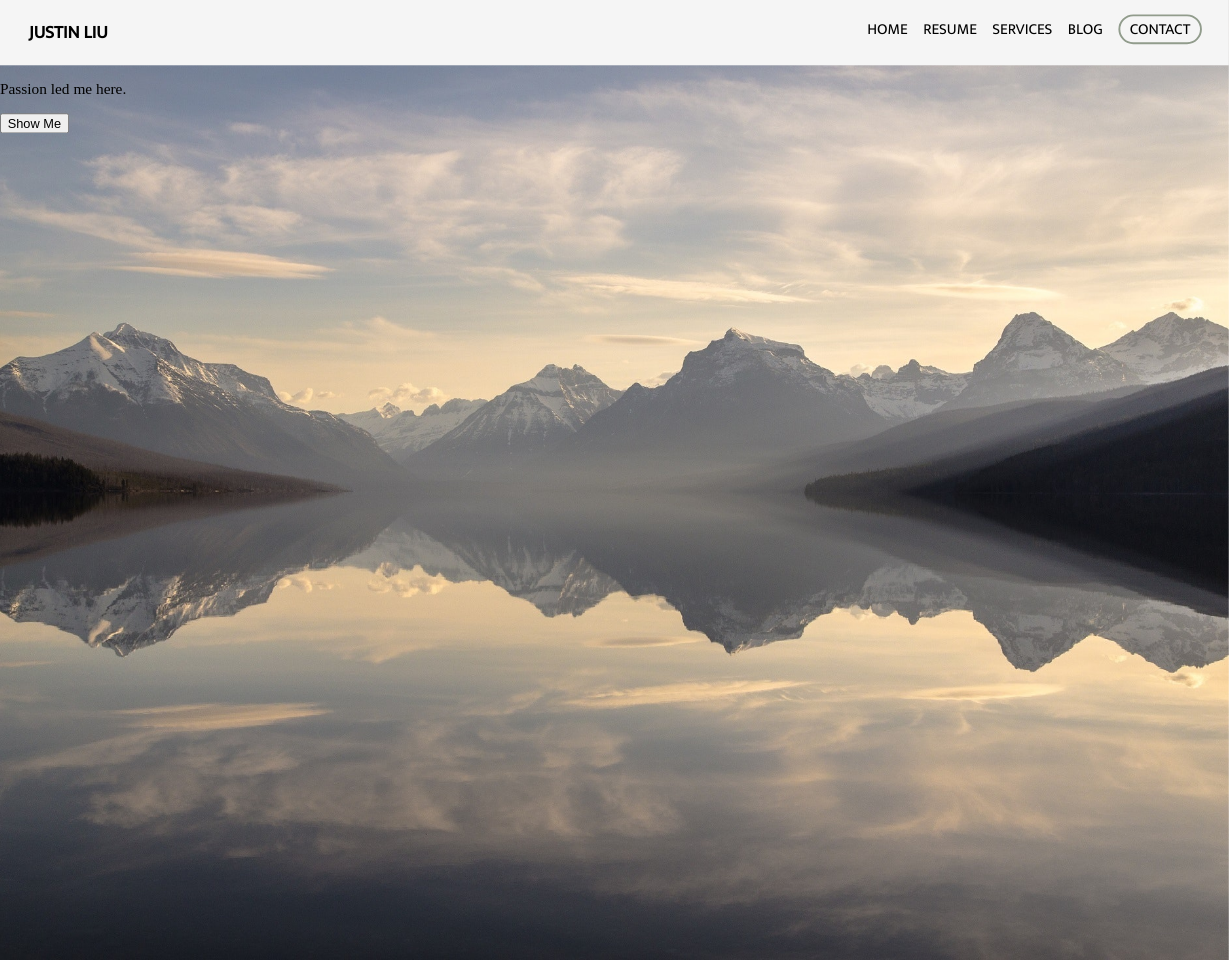
Repository: justinliu88/personal-projects
Page: index.html
The author's editor kept a copy of each file at every save. The page is drawn from the files as they stood at one save, then again after the next save.
The browser window is 1280 px wide. The pictures show the whole page, at 96% of full size.
Some web libraries are served in a nearby version. The style sheet was rebuilt from its Sass, Less or Tailwind sources for each picture, by a compiler version that may differ from the author's.

Above is the page before, as saved 2020-03-17 11:13:57.

### index.html
<!DOCTYPE html>
<html lang="en">

<head>
    <meta charset="UTF-8">
    <meta name="viewport" content="width=device-width, initial-scale=1.0">
    <title>Personal Website</title>
    <link rel="stylesheet" href="main.css" type="text/css">
    <link rel="stylesheet" href="https://fonts.googleapis.com/css?family=Mukta&display=swap">
    <script src="http://ajax.googleapis.com/ajax/libs/jquery/1.7.1/jquery.min.js" type="text/javascript"></script>
    <script src="./main.js"></script>
</head>

<body>
    <nav class="container-navbar">
        <h3 class="container-navbar__name">JUSTIN LIU</h3>
        <ul class="container-navbar__options">
            <li class="container-navbar__options__buttons">
                <a class="container-navbar__options__link" href="#">HOME</a>
            </li>
            <li class="container-navbar__options__buttons">
                <a class="container-navbar__options__link" href="#">RESUME</a>
            </li>
            <li class="container-navbar__options__buttons">
                <a class="container-navbar__options__link" href="#">SERVICES</a>
            </li>
            <li class="container-navbar__options__buttons">
                <a class="container-navbar__options__link" href="#">BLOG</a>
            </li>
            <li class="container-navbar__options__buttons">
                <a id="contactLink" class="container-navbar__options__link" href="#">CONTACT</a>
            </li>
        </ul>
    </nav>

    <div class="container-slogan">
        <p class="container-slogan__content">
            Passion led me here.
        </p>
        <div class="container-slogan__button">
            <button type="button">Show Me</button>
        </div>
    </div>



</body>

</html>

### main.scss
body {
    margin: 0px;
    background-image: url("./img/website-background.jpg");
    height: 1000px;
    background-position: center;
    background-repeat: no-repeat;
    background-size: cover;
}

.container-navbar {
    width: auto;
    display: flex;
    flex-direction: row;
    justify-content: space-between;
    background-color: whitesmoke;
    &__name {
        font-family: Mukta;
        font-size: bold;
        text-align: center;
        align-items: center;
        padding-left: 30px;
    }
    &__options {
        height: 60px;
        display: flex;
        flex-direction: row;
        list-style: none;
        justify-content: flex-end;
        align-items: center;
        margin: 0px;
        padding-right: 20px;
        &__buttons {
            align-items: center;
            text-align: center;
            padding: 8px;
        }
        &__link {
            font-family: Mukta;
            font-size: bold;
            text-decoration: none;
            transition: all 0.1s ease 0s;
            color: black;
            &:hover {
                color: #919c8c;
                border-bottom: 3px solid #919c8c;
            }
        }
        #contactLink {
            border: 2px solid #919c8c;
            border-radius: 20px;
            padding-left: 10px;
            padding-right: 10px;
        }
    }
}

Loaded but not shown: main.js (no stored copy; drawn as an empty file)

After the next save:
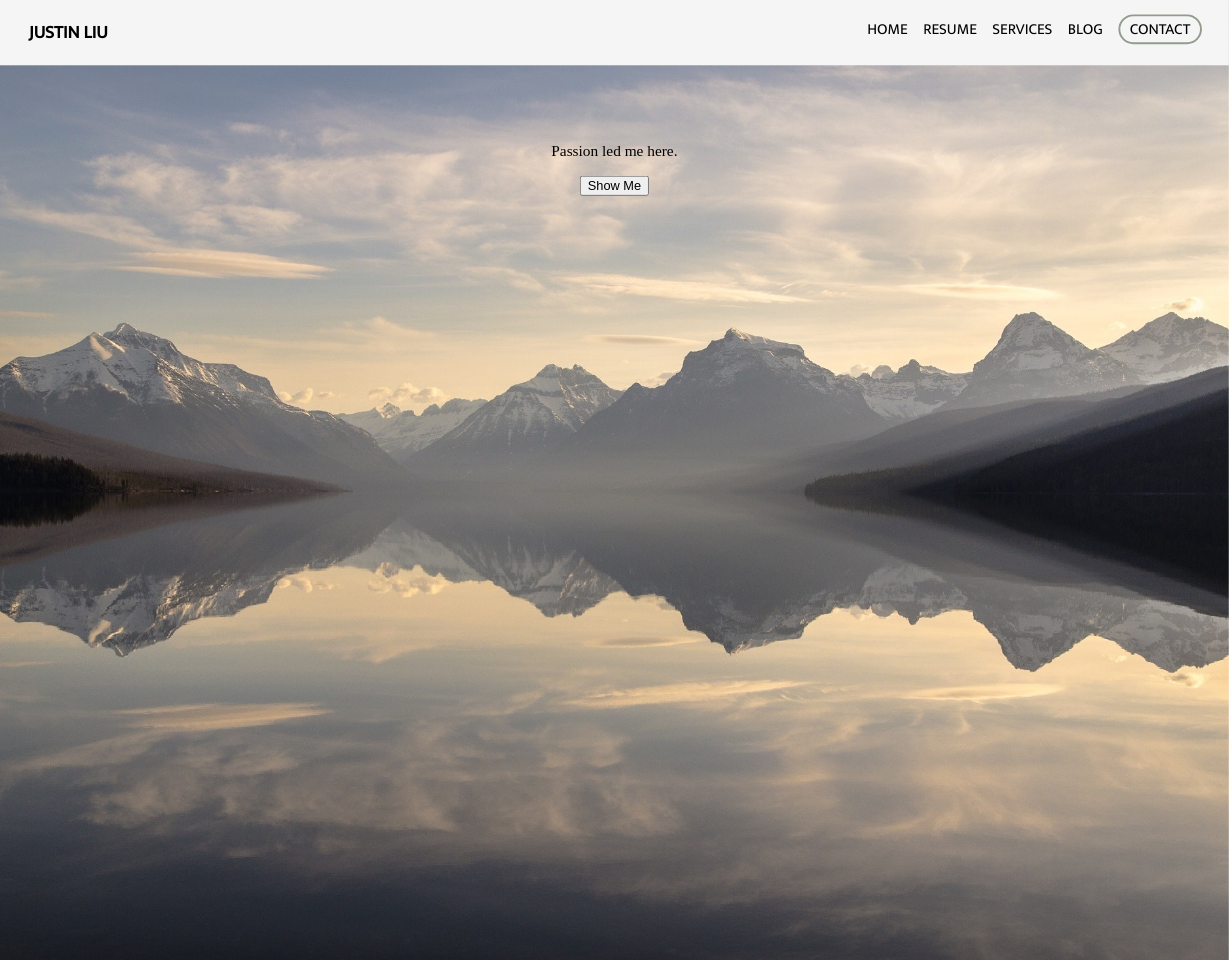
Saved 84 s later.
--- a/main.scss
+++ b/main.scss
@@ -53,3 +53,11 @@ body {
         }
     }
 }
+
+.container-slogan {
+    display: flex;
+    flex-direction: column;
+    justify-content: center;
+    align-items: center;
+    height: 200px;
+}
